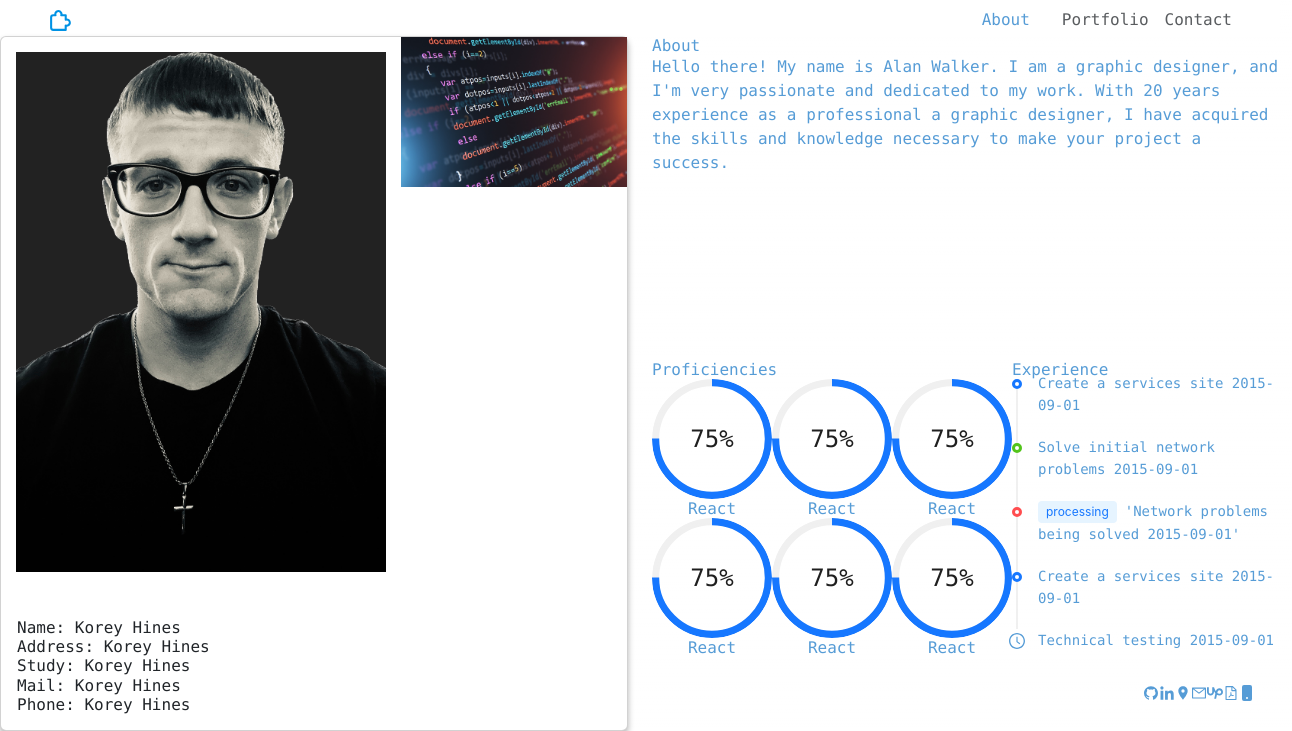
Repository: devkthines/next-portfolio-v2
Page: /about
These files come from the project's save history. The page is drawn as it stood at one moment and after the next save; the edit follows.
The browser window is 1280 px wide. The page is 1292 px wide, so the pictures cover 1292 px, including what lies to the right of the window. The pictures show the whole page.
The project was rebuilt for these pictures with package versions that can differ from the ones it lists, and the page was loaded fresh each time. The framework's server and built-in components were replaced by stand-ins that run in the browser. Also part of the build but not shown: next.config.js.

Above is the page before, as saved 2023-09-25 21:27:21.

### src/app/layout.tsx
import 'bootstrap/dist/css/bootstrap.css';
import './globals.css'
import '../../css/style.css'
import '../../css/mobile.css'
import type { Metadata } from 'next'
import { Inter } from 'next/font/google'
import TopNav from './components/topNav'
import Footer from './components/footer'
import BottomNav from './components/bottomNav'
// Put any other imports below so that CSS from your
// components takes precedence over default styles.
const inter = Inter({ subsets: ['latin'] })

export const metadata: Metadata = {
  title: "&lt;Korey ❤️ Coding/&gt;",
  description: 'Generated by create next app',
  icons: '/puzzle-piece.svg'
}

export default function RootLayout({
  children,
}: {
  children: React.ReactNode
}) {
  return (
    <html lang="en">
      <head>
        <link rel="shortcut icon" href="/puzzle-piece.svg" type="image/x-icon" />
      </head>
      <body className={inter.className}>
        <TopNav />
        {children}
        <Footer />
        <BottomNav />
      </body>
    </html>
  )
}

### src/app/about/page.js
'use client'
import Container from 'react-bootstrap/Container';
import Row from 'react-bootstrap/Row';
import Col from 'react-bootstrap/Col';
import Button from 'react-bootstrap/Button';
import Card from 'react-bootstrap/Card';
import { Progress, Space } from 'antd';
import { ClockCircleOutlined } from '@ant-design/icons';
import { Timeline } from 'antd';
import Image from 'next/image';
import { Descriptions } from 'antd';
import { Divider, Tag } from 'antd'
import {CaretRightOutlined} from '@ant-design/icons'
const items = [
  {
    key: '1',
    label: 'Name',
    children: 'Zhou Maomao',
  },
  {
    key: '2',
    label: 'Telephone',
    children: '209-366-9363',
  },
  {
    key: '3',
    label: 'Study',
    children: 'Software Engineering',
  },
  {
    key: '4',
    label: 'email',
    children: 'dev.kthines@gmail.com',
  },
  {
    key: '5',
    label: 'Address',
    children: 'Lodi, CA',
  },
];




export default function About() {

  return (
    <div id='about'>
      {/* <div> */}
        <Row>
          <Col id=''>
            <Card id='aboutcard'>
            <div className='d-flex'><Card.Img variant="top" id='aboutImg' src='/images/IMG-update.jpg' />
            <div><img src="/images/webstorm-vs-vscode.jpeg" alt="" />

            </div></div>
            <Card.Body>
              <h6>Name:  Korey Hines</h6>
              <h6>Address:  Korey Hines</h6>
              <h6>Study:  Korey Hines</h6>
              <h6>Mail:  Korey Hines</h6>
              <h6>Phone:  Korey Hines</h6>
            </Card.Body>
          </Card>
          </Col>
          <Col id='' className=''>
            <div id='abtTop' className='d-flex '><div>
              <h1>About</h1>
              <p>Hello there! My name is Alan Walker. I am
                a graphic designer, and I'm very passionate and dedicated to my work.
                With 20 years experience as a professional a graphic designer,
                I have acquired the skills and knowledge necessary to make your project a success.</p></div>
              <div className='d-flex'>
                {/* <Card className='interests'>
                  <Card.Img variant="top" className='interestImg' src='/images/IMG-update.jpg' />
                  <Card.Body>
                    <Card.Text>
                      Volunteering
                    </Card.Text>
                  </Card.Body>
                </Card>
                <Card className='interests' >
                  <Card.Img variant="top" className='interestImg' src='/images/IMG-update.jpg' />
                  <Card.Body>
                    <Card.Text>
                      All things CrossFit
                    </Card.Text>
                  </Card.Body>
                </Card> */}
              </div>
            </div>
            <div id='abtBtm' className='d-flex'>
            <div>
              <h1>Proficiencies</h1>
              <div className='d-flex'>
                <div className='text-center'><Progress strokeLinecap="butt" type="circle" percent={75} /><h6>React</h6></div>
                <div className='text-center'><Progress strokeLinecap="butt" type="circle" percent={75} /><h6>React</h6></div>
                <div className='text-center'><Progress strokeLinecap="butt" type="circle" percent={75} /><h6>React</h6></div>
              </div>
              <div className='d-flex'>
                <div className='text-center'><Progress strokeLinecap="butt" type="circle" percent={75} /><h6>React</h6></div>
                <div className='text-center'><Progress strokeLinecap="butt" type="circle" percent={75} /><h6>React</h6></div>
                <div className='text-center'><Progress strokeLinecap="butt" type="circle" percent={75} /><h6>React</h6></div>
              </div>
            </div>
            <div> <h1>Experience</h1>
              <Timeline
                // mode="alternate"
                items={[
                  {
                    children: 'Create a services site 2015-09-01',
                  },
                  {
                    children: 'Solve initial network problems 2015-09-01',
                    color: 'green',
                  },
                  {
                    color: 'red',
                    children: <><Tag bordered={false} color="processing">
                      processing
                    </Tag>'Network problems being solved 2015-09-01'</>,
                  },
                  {
                    children: 'Create a services site 2015-09-01',
                  },
                  {
                    dot: <ClockCircleOutlined style={{ fontSize: '16px' }} />,
                    children: 'Technical testing 2015-09-01',
                  },
                ]}
              />
            </div>
            </div>
          </Col>
        </Row>
      {/* </div> */}
    </div>
  )
}

### css/style.css
* {
    box-sizing: border-box;
    margin: 0;
    padding: 0;
    font-family: Consolas, "Courier New", monospace;
    /* background-color: #222222; */
    color: #569cd6;

}

body {
    background-color: white;
}

.infoSection {
    /* width: 80vw; */
    height: 90vh;
    /* display: flex; */
    /* justify-content: center; */
    /* margin-bottom: 20vh; */
    background-color: #222222;
    border-bottom: 3px solid #569cd6;
}

#infoCol {
    display: flex;
    justify-content: center;
}

.aboutSection {
    /* width: 80vw; */
    padding-top: 100px;
    /* height: 70vh; */
    background: linear-gradient(#222222, rgb(24, 24, 24));
}

#portrait {
    width: 40vw;
    height: 80vh;
    /* border-radius: 0 0 2rem 2rem; */
}

#portraitCol {
    display: flex;
    justify-content: center;
}

#portrait:hover {
    transform: rotateX(180deg);
}

.imgTest {
    margin: 10px;
}

.imgTest:active {
    flex-grow: 10000;
    transform: scale(1);

    max-width: 600px;
    margin: 0px;
    border-radius: 40px;

    background-size: auto 100%;
}

.tab-content {
    height: 100% !important;
    margin-left: 25% !important;
}

/* .color-change{
    background-color: greenyellow;
} */
.noShow {
    display: none;
}

.buttonShow {
    display: block;
}

#tile1 {
    width: 700px;
    height: 500px;
}

#experience {
    padding-top: 50px;
    height: auto;
}

main {
    display: flex;
    flex-direction: column;
    justify-content: center;
    align-items: center;
}

.middle {
    transition: .5s ease;
    opacity: 0;
    position: absolute;
    top: 50%;
    left: 50%;
    transform: translate(-50%, -50%);
    -ms-transform: translate(-50%, -50%);
    text-align: center;
}

#imageTile1 {
    position: relative;
    width: 40vw;
    height: 70vh;
}

#tile1 {
    width: 100%;
    height: 100%;
}

#imageTile1:hover #tile1 {
    opacity: 0.3;
}

#imageTile1:hover .middle {
    opacity: 1;
}

.text {
    background-color: #04AA6D;
    color: white;
    font-size: 16px;
    padding: 16px 32px;
}

#no-expand {
    display: none;

}

#expandIt {
    display: block;
}

.no-Display {
    display: none;
}

.okToDisplay {
    display: block;
}

a.nav-link {
    color: #569cd6;
}


#topNav {
    background-color: white;
    display: none;
    /* position: fixed; */
    /* top: 0; */
    width: 100%;
    height: 5vh;
}

#footer {
    display: flex;
    justify-content: space-between;
    padding: 0 25px;
}

#bottomNav {
    display: flex;
    position: fixed;
    bottom: 0;
    width: 100%;
    background-color: white;
    font-size: 16px;
}
#about{
    /* margin-top: 10vh; */
    height: 90vh;
    /* overflow: hidden; */
}

#aboutImg{
    width: 400px;
    /* height: ; */
    padding: 15px 15px 30px;
}
#aboutcard{
    box-shadow: 0 4px 6px rgba(0, 0, 0, .3);
    /* height: fit-content; */
    /* width: 400px; */

}
.interests{
    width: 200px;
    height: 300px;
}
.interestImg{
    width: 200px;
    height: 200px;
}
#abtTop{
    height: 45vh;
}
#abtBtm{
    height: 45vh;
}
#abtLeft{
    /* width: 25vw; */
}
#abtRight{
    /* width: 75vw; */
}

### css/mobile.css
@media screen and (min-width: 640px){

    /* background-color: green!important; */
    #portrait{
        width: 500px;
        height: 500px;
        /* border-radius: 0 0 2rem 2rem; */

    }

main{
    /* color: white!important; */
}
}
@media screen and (min-width: 768px){
#portraitCol{

    justify-content: start;
}
#infoCol{
    justify-content: end;
    /* text-align: end; */
}
}
@media screen and (min-width: 1024px){
    #portrait{
        width: 600px;
        height: 600px;
        /* border-radius: 0 0 2rem 2rem; */
    }
    #topNav{
        display:flex ;
    }
    #bottomNav{
        display: none;
    }
}
@media screen and (min-width: 1280px){

}
@media screen and (min-width: 1536px){

}

### src/app/components/topNav.js
'use client';
import Nav from 'react-bootstrap/Nav';
import Image from 'next/image';


export default function TopNav(){

    return(
        <header>
        {/* <Navbar id='topNav' className={`${color ? 'color-change' : ''}`} sticky='top' expand="lg" > */}

        <Nav id='topNav' variant="underline" defaultActiveKey="/home" className='d-flex justify-content-between'>
       <div className='ms-5'><Nav.Item>
          <Nav.Link href="/"><Image width={25} height={25} id='navbrand' src="/puzzle-piece.svg" alt="" /></Nav.Link>
        </Nav.Item></div>
        <div className='d-flex me-5'><Nav.Item className='px-3'>
          <Nav.Link href="/about">About</Nav.Link>
        </Nav.Item>
        <Nav.Item className='px-3'>
          <Nav.Link eventKey="disabled" disabled>
            Portfolio
          </Nav.Link>
        </Nav.Item>
        <Nav.Item>
          <Nav.Link eventKey="disabled" disabled>
            Contact
          </Nav.Link>
        </Nav.Item>
        </div>
      </Nav>
      </header>
    )
} ;

### src/app/components/footer.js
'use client'

import OverlayTrigger from 'react-bootstrap/OverlayTrigger';
import Card from 'react-bootstrap/Card';
import { AiFillGithub } from 'react-icons/ai';
import { GrLinkedinOption } from 'react-icons/gr';
import { MdVolunteerActivism } from 'react-icons/md';
import { IoLogoCss3 } from 'react-icons/io';
import { IoLogoJavascript } from 'react-icons/io';
import { CgGym } from 'react-icons/cg';
import { AiOutlineMail } from 'react-icons/ai';
import { AiOutlineFilePdf } from 'react-icons/ai';
import { BsFillPhoneFill } from 'react-icons/bs';
import { MdLocationOn } from 'react-icons/md';
import { SiUpwork } from 'react-icons/si';
// import PicOfMe from '/images/image_67220481.JPG'
import Container from 'react-bootstrap/Container';
import Row from 'react-bootstrap/Row';
import Col from 'react-bootstrap/Col';
import { useEffect } from 'react';
import Tooltip from 'react-bootstrap/Tooltip';
import $ from 'jquery'

 export default function Footer(){
    const btnName = {
        'gitHub': {
          'id': 1,
          "placement": "bottom",
          "info": "gitHub",
          "icon": <a href="https://github.com/devkthines" target='_blank'>
            <button className='quickLinks'><AiFillGithub /></button></a>
        },
        'linkedIn': {
          'id': 2,
          "placement": "bottom",
          "info": "linkedIn",
          "icon": <a href="https://www.linkedin.com/in/korey-hines-17b0a9263" target='_blank'><button className='quickLinks'><GrLinkedinOption />
          </button></a>
        },
        'gMaps': {
          'id': 3,
          "placement": "bottom",
          "info": "gMaps",
          "icon": <a href="https://goo.gl/maps/BovFkBEjUMQ6VBob9" target='_blank'>
            <button className='quickLinks'><MdLocationOn /></button></a>
        },
        'gMail': {
          'id': 4,
          "placement": "bottom",
          "info": "gMail",
          "icon": <a href="mailto:dev.kthines@gmail.com"><button className='quickLinks'><AiOutlineMail /></button></a>
        },
        'upWork': {
          'id': 5,
          "placement": "bottom",
          "info": "upWork",
          "icon": <a href="https://www.upwork.com/freelancers/~01ae4feb16c6fa7213?viewMode=1" target='_blank'>
            <button className='quickLinks'><SiUpwork /></button></a>
        },
        'redPDF': {
          'id': 6,
          "placement": "bottom",
          "info": "resume",
          "icon": <a className='aLink' target="_blank" href="/files/hinesResume.pdf">
            <button className='quickLinks'><AiOutlineFilePdf /></button></a>
        },
        'phone': {
          'id': 7,
          "placement": "bottom",
          "info": "phone",
          "icon": <a href="tel:2093669363" >  <button className='quickLinks'><BsFillPhoneFill /></button></a>
        }
      }
    return(
        <>
        <footer id='footer'><p>Copyright 2023- Korey Hines</p>
       <div> {Object.entries(btnName).map(([k, v]) => (
                <div className='d-inline-block' key={v.id}>
                  <OverlayTrigger
                    trigger="hover"
                    key={v.id}
                    placement={v.placement}
                    overlay={

                      <Tooltip id={`tooltip-${v.placement}`}>
                        {v.info}
                      </Tooltip>
                    }
                  >
                    {v.icon}
                  </OverlayTrigger>
                </div>))}
</div>
        </footer>
        </>
    )
 }

### src/app/components/bottomNav.js
'use client'
import Nav from 'react-bootstrap/Nav';
import Image from 'next/image';
export default function BottomNav(){

    return(
        <>
        <Nav id='bottomNav' className="justify-content-center" activeKey="/home">
        <Nav.Item>
          <Nav.Link href="/"><Image width={25} height={25} id='navbrand' src="/puzzle-piece.svg" alt="" /></Nav.Link>
        </Nav.Item>
        <Nav.Item>
          <Nav.Link eventKey="link-1">About</Nav.Link>
        </Nav.Item>
        <Nav.Item>
          <Nav.Link eventKey="link-2">Portfolio</Nav.Link>
        </Nav.Item>
        <Nav.Item>
          <Nav.Link eventKey="disabled" disabled>
            Contact
          </Nav.Link>
        </Nav.Item>
      </Nav>
        </>
    )
}

Loaded but not shown: src/app/globals.css (common file); tailwind.config.ts (common file)

After the next save:
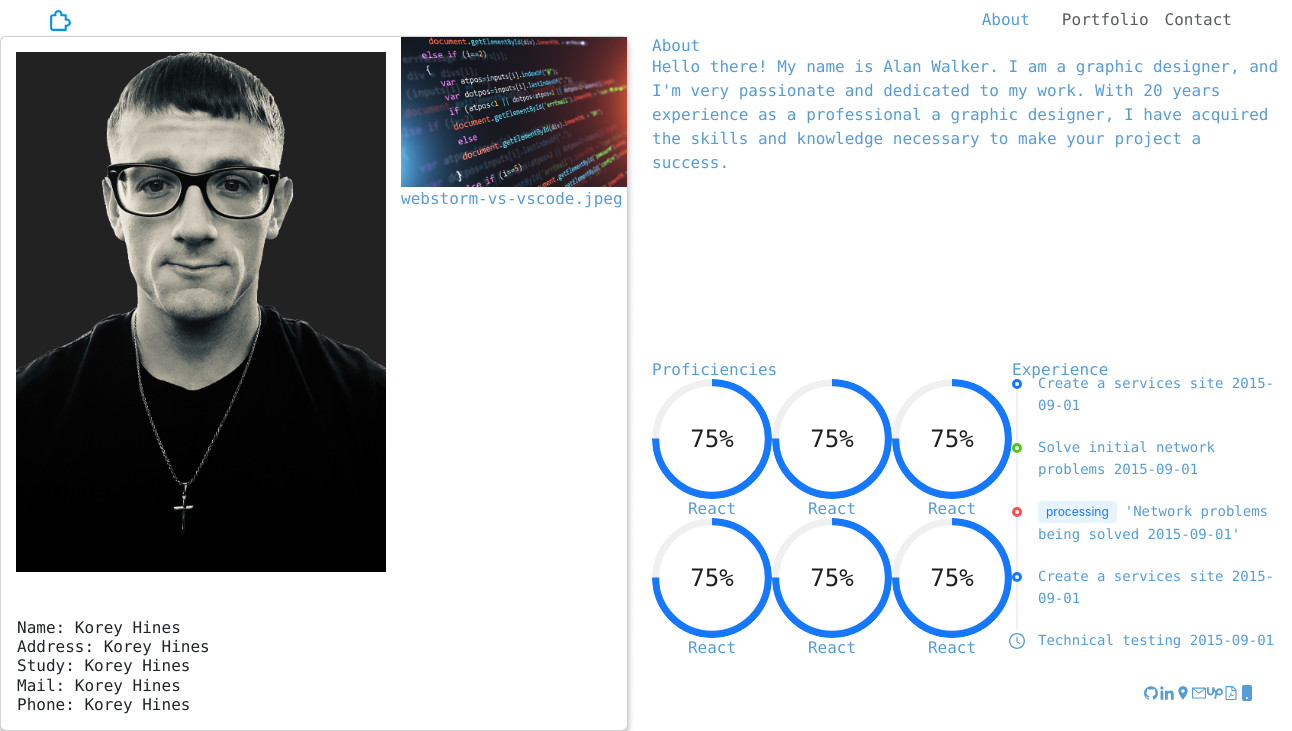
Saved 7 s later.
--- a/src/app/about/page.js
+++ b/src/app/about/page.js
@@ -52,7 +52,7 @@
             <Card id='aboutcard'>
             <div className='d-flex'><Card.Img variant="top" id='aboutImg' src='/images/IMG-update.jpg' />
             <div><img src="/images/webstorm-vs-vscode.jpeg" alt="" />
-
+            webstorm-vs-vscode.jpeg
             </div></div>
             <Card.Body>
               <h6>Name:  Korey Hines</h6>

After the save that followed:
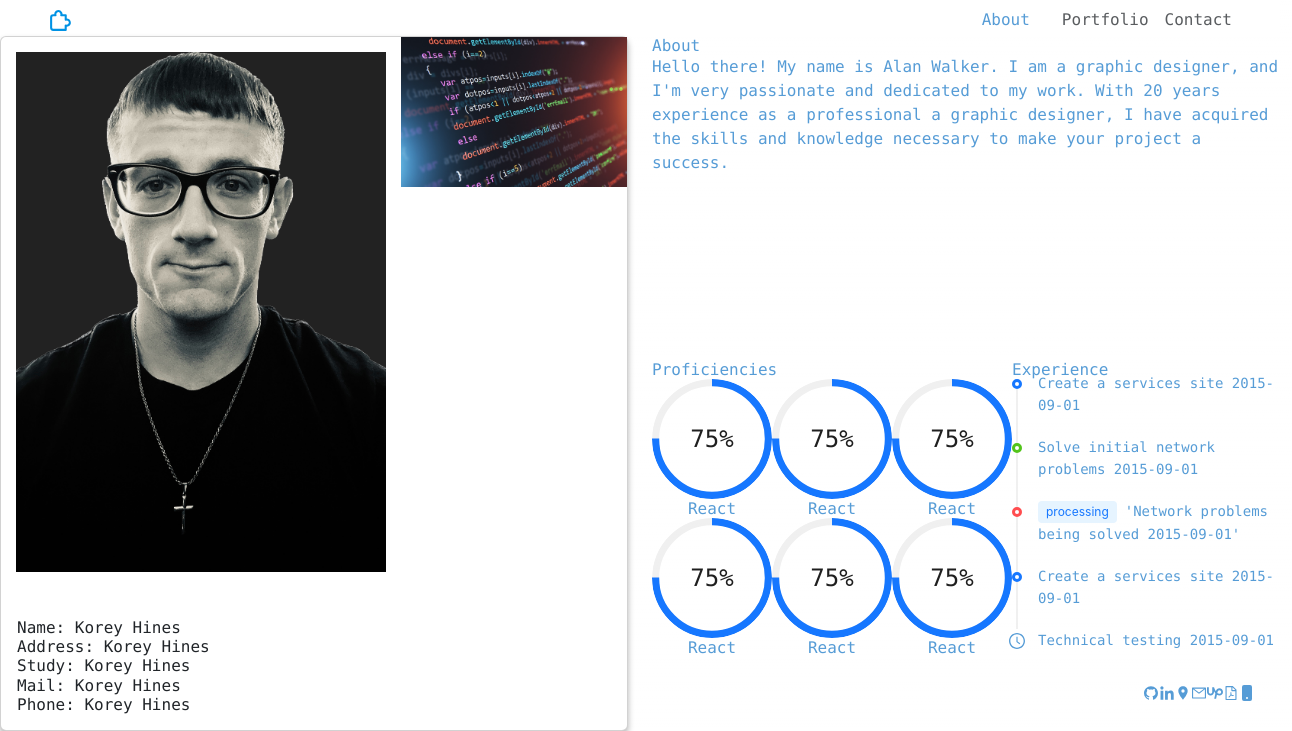
Saved 6 s later.
--- a/src/app/about/page.js
+++ b/src/app/about/page.js
@@ -51,8 +51,9 @@
           <Col id=''>
             <Card id='aboutcard'>
             <div className='d-flex'><Card.Img variant="top" id='aboutImg' src='/images/IMG-update.jpg' />
-            <div><img src="/images/webstorm-vs-vscode.jpeg" alt="" />
-            webstorm-vs-vscode.jpeg
+            <div>
+              <img src="/images/webstorm-vs-vscode.jpeg" alt="" />
+
             </div></div>
             <Card.Body>
               <h6>Name:  Korey Hines</h6>
